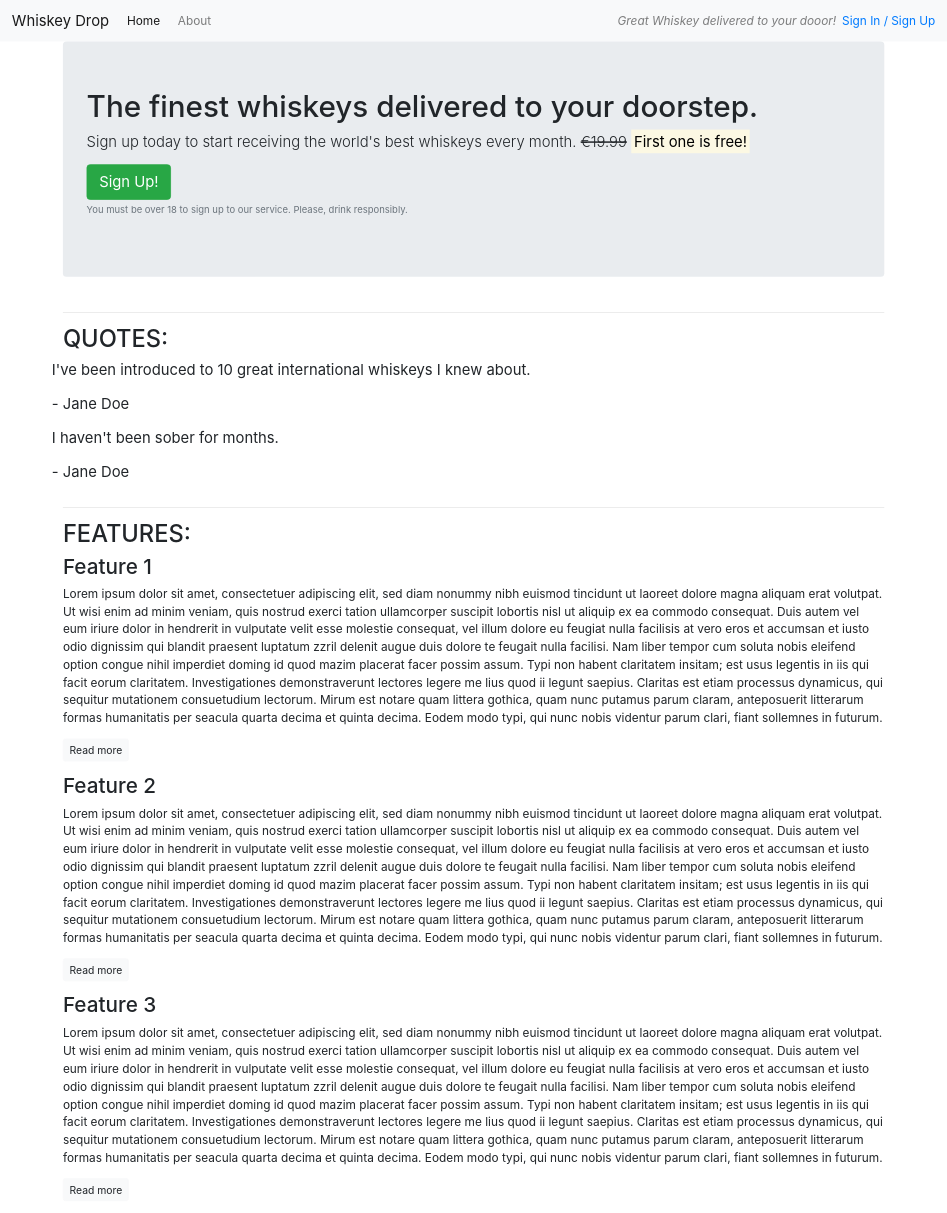
Repository: gpun10/bootstrap-sample
Page: index.html
The author's editor kept a record of every edit. The page is drawn from the files as they stood at one moment, then again after the next edit.
The browser window is 1280 px wide. The pictures show the whole page, at 74% of full size.

Above is the page before.
Console error: TypeError: Cannot read properties of undefined (reading 'fn')

After the next edit:
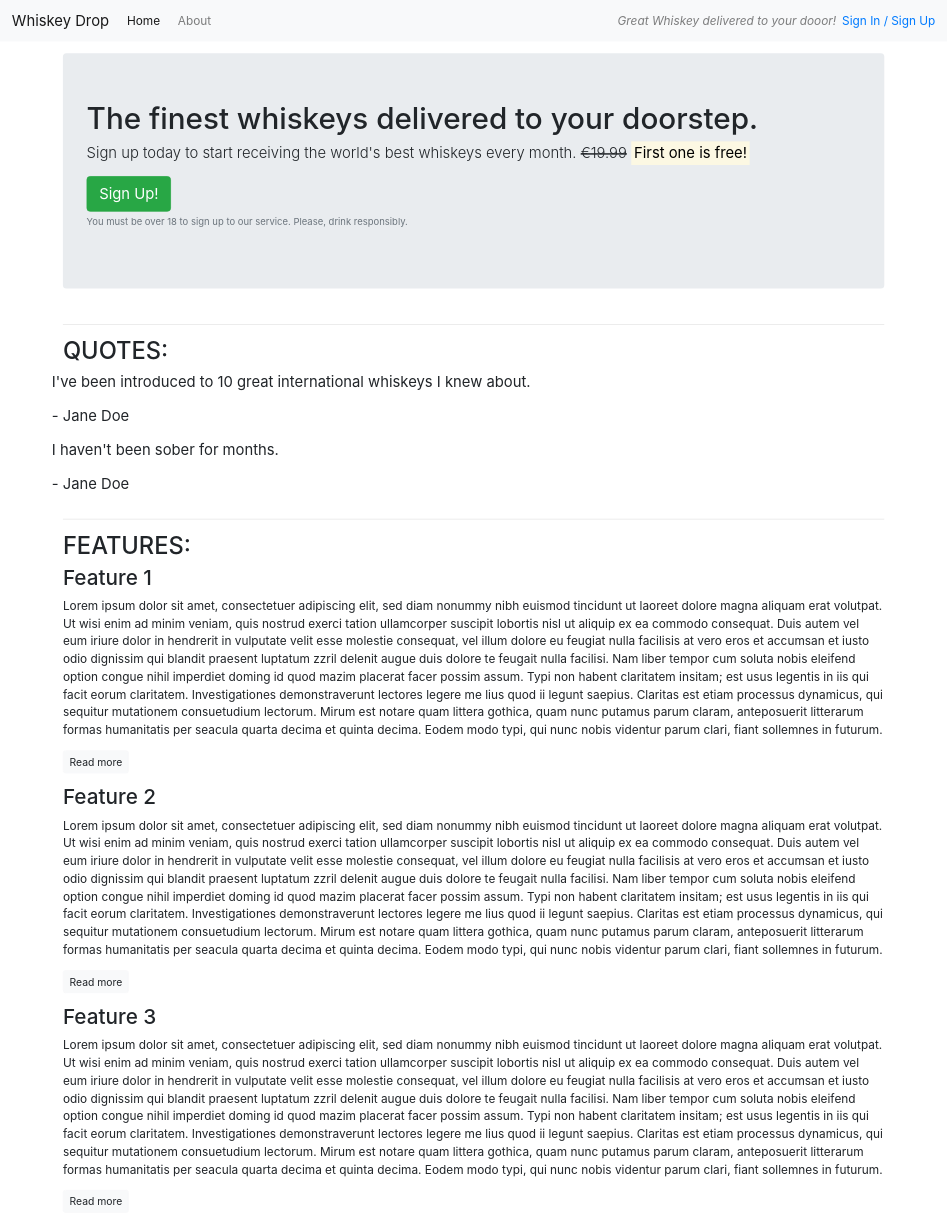
The edit:
--- a/index.html
+++ b/index.html
@@ -29,7 +29,7 @@
         <div class="d-none d-md-block"><a href="/login">Sign In / Sign Up</a></div>
 
 </nav>
-<article class="container">
+<article class="container mt-3">
 	<!-- Call out -->
 	<div class="row">
 		<div class="col-12">
